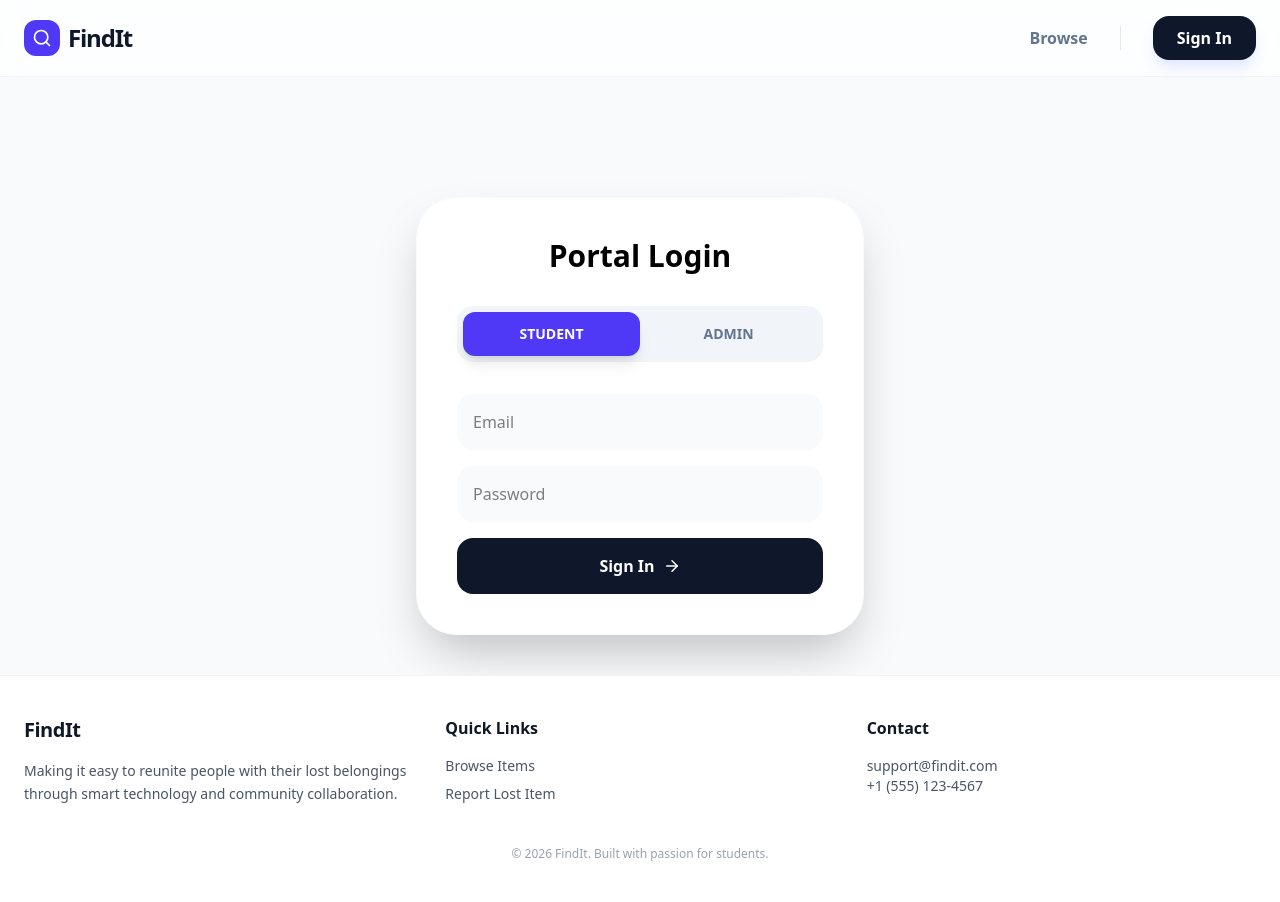
Repository: roygaurav007/lost-and-found
Page: /login (app in Frontend/client/)
An editor plug-in stored every save of this project. The page is shown before and after a run of saves, followed by the edit.
The browser window is 1280 px wide. The pictures show the whole page.
The project was rebuilt for these pictures with package versions that can differ from the ones it lists, and the page was loaded fresh each time. Also part of the build but not shown: Frontend/client/vite.config.js, Frontend/client/src/pages/Home.jsx, Frontend/client/src/utils/formSchemas.js, Frontend/client/src/pages/ReportItem.jsx, Frontend/client/src/pages/BrowseItems.jsx, Frontend/client/src/pages/AdminDashboard.jsx, Frontend/client/src/pages/UserDashboard.jsx.

Above is the page before, as saved 2026-02-02 17:08:58.

After the next 2 saves:
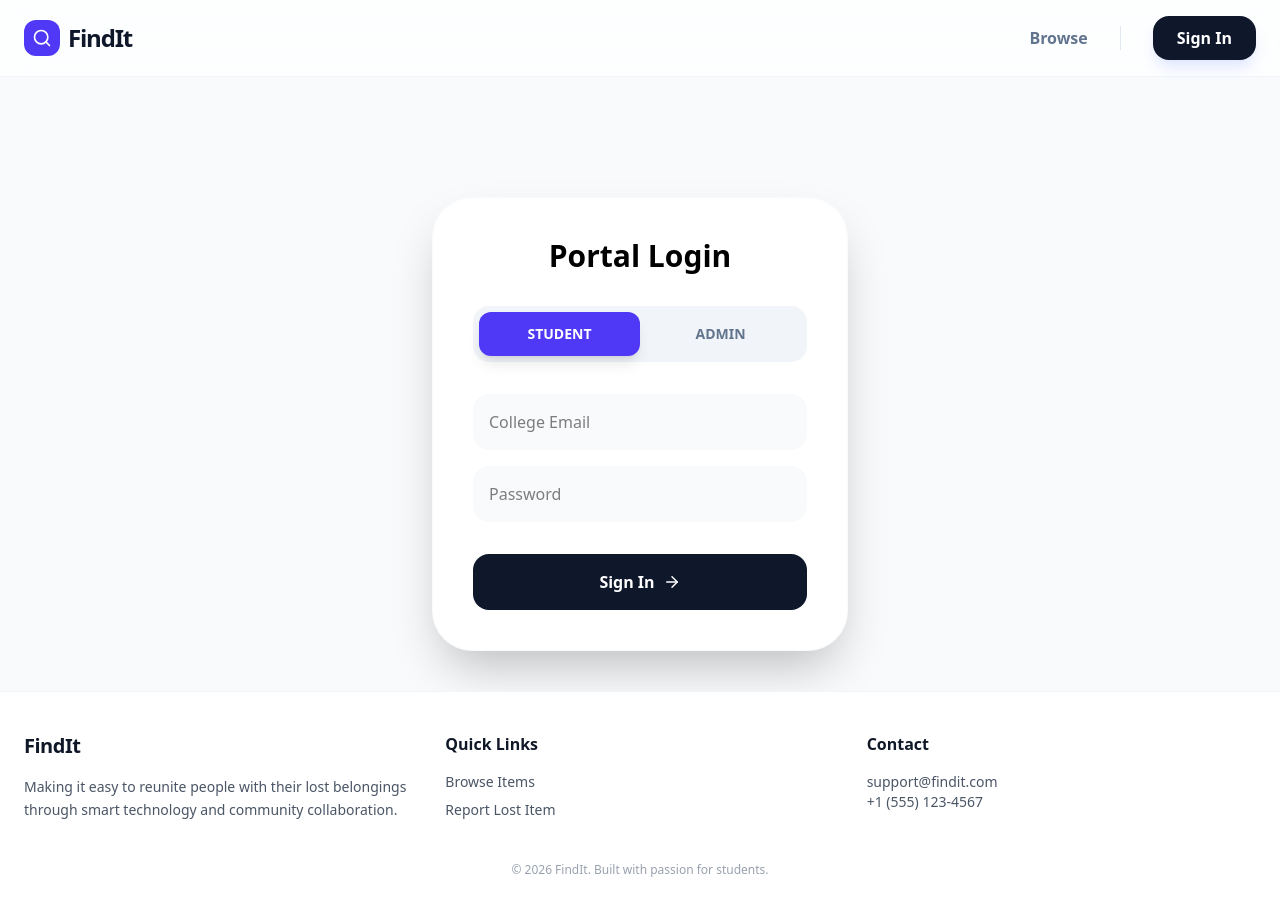
The 2 saves are shown as one change because they came seconds apart.
The last was saved 10 s later.
--- a/Frontend/client/src/pages/Login.jsx
+++ b/Frontend/client/src/pages/Login.jsx
@@ -1,59 +1,42 @@
 import { useState } from 'react';
 import { useNavigate } from 'react-router-dom';
+import { useAuth } from '../context/AuthContext';
 import { motion } from 'framer-motion';
-import { User, ShieldCheck, ArrowRight } from 'lucide-react';
+import { ArrowRight } from 'lucide-react';
 
-const Login = ({ onLogin }) => {
-  const [role, setRole] = useState('user'); // Toggle between student and admin
+const Login = () => {
+  const [role, setRole] = useState('user');
+  const { login } = useAuth();
   const navigate = useNavigate();
 
-  const handleLogin = (e) => {
+  const handleLogin = async (e) => {
     e.preventDefault();
-
-    // 💡 1. This tells App.jsx to update the 'user' state
-    onLogin(role);
-
-    // 💡 2. This physically moves you to the new page
-    if (role === 'admin') {
-      navigate('/admin');
-    } else {
-      navigate('/student-hub');
-    }
+    await login(role);
+    role === 'admin' ? navigate('/admin') : navigate('/student-hub');
   };
 
   return (
-    <div className="max-w-md mx-auto mt-20">
-      <div className="bg-white p-10 rounded-[2.5rem] shadow-2xl border border-slate-50">
+    <div className="max-w-md mx-auto mt-20 px-4">
+      <motion.div initial={{ opacity: 0, scale: 0.9 }} animate={{ opacity: 1, scale: 1 }} className="bg-white p-10 rounded-[2.5rem] shadow-2xl border border-slate-50">
         <h2 className="text-3xl font-black text-center mb-8">Portal Login</h2>
 
-        {/* Role Selector */}
         <div className="flex bg-slate-100 p-1.5 rounded-2xl mb-8 relative">
           <motion.div
             animate={{ x: role === 'user' ? 0 : '100%' }}
             className="absolute top-1.5 bottom-1.5 left-1.5 w-[calc(50%-6px)] bg-indigo-600 rounded-xl shadow-lg"
           />
-          <button
-            onClick={() => setRole('user')}
-            className={`flex-1 py-3 text-sm font-black z-10 ${role === 'user' ? 'text-white' : 'text-slate-500'}`}
-          >
-            STUDENT
-          </button>
-          <button
-            onClick={() => setRole('admin')}
-            className={`flex-1 py-3 text-sm font-black z-10 ${role === 'admin' ? 'text-white' : 'text-slate-500'}`}
-          >
-            ADMIN
-          </button>
+          <button onClick={() => setRole('user')} className={`flex-1 py-3 text-sm font-black z-10 transition ${role === 'user' ? 'text-white' : 'text-slate-500'}`}>STUDENT</button>
+          <button onClick={() => setRole('admin')} className={`flex-1 py-3 text-sm font-black z-10 transition ${role === 'admin' ? 'text-white' : 'text-slate-500'}`}>ADMIN</button>
         </div>
 
         <form onSubmit={handleLogin} className="space-y-4">
-          <input type="email" placeholder="Email" className="w-full p-4 bg-slate-50 rounded-2xl outline-none focus:ring-2 focus:ring-indigo-500" required />
+          <input type="email" placeholder="College Email" className="w-full p-4 bg-slate-50 rounded-2xl outline-none focus:ring-2 focus:ring-indigo-500" required />
           <input type="password" placeholder="Password" className="w-full p-4 bg-slate-50 rounded-2xl outline-none focus:ring-2 focus:ring-indigo-500" required />
-          <button type="submit" className="w-full bg-slate-900 text-white py-4 rounded-2xl font-black flex items-center justify-center gap-2 hover:bg-indigo-600 transition">
+          <button type="submit" className="w-full bg-slate-900 text-white py-4 rounded-2xl font-black flex items-center justify-center gap-2 hover:bg-indigo-600 transition mt-4">
             Sign In <ArrowRight size={18} />
           </button>
         </form>
-      </div>
+      </motion.div>
     </div>
   );
 };
